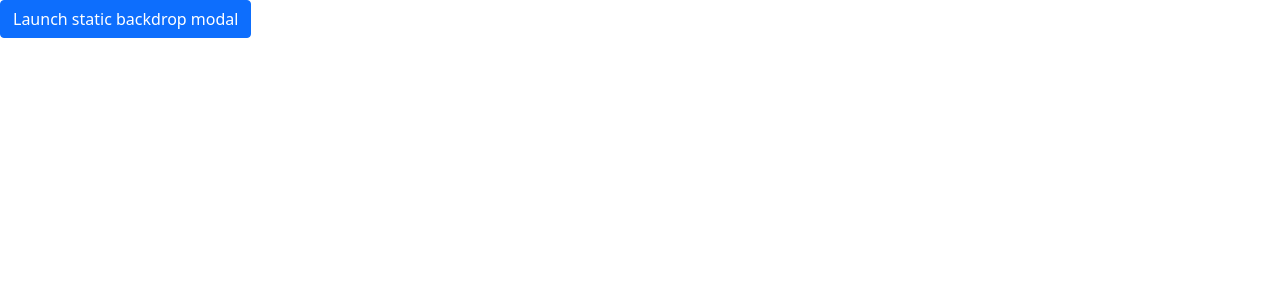
Repository: chaampavictor/moviedbapi
Page: /
An editor plug-in stored every save of this project. The page is shown before and after the next save, followed by the edit.
The browser window is 1280 px wide. The pictures show the whole page.
The page's requests for data from a server got no answer. The project was rebuilt for these pictures with package versions that can differ from the ones it lists, and the page was loaded fresh each time. No one was signed in, and anything a server would have sent is missing.

Above is the page before, as saved 2022-01-13 10:50:12.

### src/App.js
import React, { useEffect, useState } from "react";
import axios from "axios";
import "./App.css";
import Modal from "react-bootstrap/Modal";
import "bootstrap/dist/css/bootstrap.min.css";

import Container from "react-bootstrap/Container";
import Row from "react-bootstrap/Row";
import Col from "react-bootstrap/Col";
import Button from "react-bootstrap/Button";
const api_key = "872c70d736d1ef4484522f734137927d";
const BASE_URL = "https://api.themoviedb.org/3";
const getImage = (path) => `https://image.tmdb.org/t/p/w300/${path}`;

function App() {
  const [show, setShow] = useState(false);

  const handleClose = () => setShow(false);
  const handleShow = () => setShow(true);

  return (
    <>
      <Button variant="primary" onClick={handleShow}>
        Launch static backdrop modal
      </Button>

      <Modal
        show={show}
        onHide={handleClose}
        backdrop="static"
        keyboard={false}
      >
        <Modal.Header closeButton>
          <Modal.Title>Modal title</Modal.Title>
        </Modal.Header>
        <Modal.Body>
          I will not close if you click outside me. Don't even try to press
          escape key.
        </Modal.Body>
        <Modal.Footer>
          <Button variant="secondary" onClick={handleClose}>
            Close
          </Button>
          <Button variant="primary">Understood</Button>
        </Modal.Footer>
      </Modal>
    </>
  );
}

export default App;

### src/App.css
.explore-nav {
  padding-top: 30px;
}

.item {
  margin-bottom: 15px;
}

.image-item {
  border-radius: 52px;
  cursor: pointer;
}

.filterbutton {
  height: 40px;
  margin-right: 9px;
  background: red;
  border: red 1px solid;
  border-radius: 5px;
  color: white;
  font-weight: bolder;
}

.figure {
  width: 200px;
  height: 150px;
  margin: 0;
  padding: 0;
  background: #fff;
  overflow: hidden;
}
.figure:hover + span {
  bottom: -36px;
  opacity: 1;
}

/* Zoom In #1 */
.hover01 figure img {
  -webkit-transform: scale(0.9);
  transform: scale(1);
  -webkit-transition: 0.3s ease-in-out;
  transition: 0.3s ease-in-out;
}
.hover01 figure:hover img {
  -webkit-transform: scale(1);
  transform: scale(1.04);
}

.explore-body .card-body:hover {
  /* color: #30adb4; */
  background: "#32c709";
}

.card {
  border: 0px solid rgba(0, 0, 0, 0.125) !important;
}

.user-reaction div {
  padding-right: 20px;
}

.explore-card-columns .card {
  margin-bottom: 0.79rem;
}
@media screen and (min-width: 992px) {
  .explore-card-columns {
    -webkit-column-count: 4;
    -moz-column-count: 4;
    column-count: 4;
    -webkit-column-gap: 1.25rem;
    -moz-column-gap: 1.25rem;
    column-gap: 1.25rem;
  }
  .explore-card-columns .card {
    display: inline-block;
    width: 100%;
  }
}
@media screen and (max-width: 992px) {
  .explore-card-columns {
    -webkit-column-count: 2;
    -moz-column-count: 2;
    column-count: 2;
  }
}
@media screen and (max-width: 600px) {
  .explore-card-columns {
    -webkit-column-count: 1;
    -moz-column-count: 1;
    column-count: 1;
  }
}

Loaded but not shown: public/index.html (common file); src/index.js (common file); src/index.css (common file); src/reportWebVitals.js (common file)

After the next save:
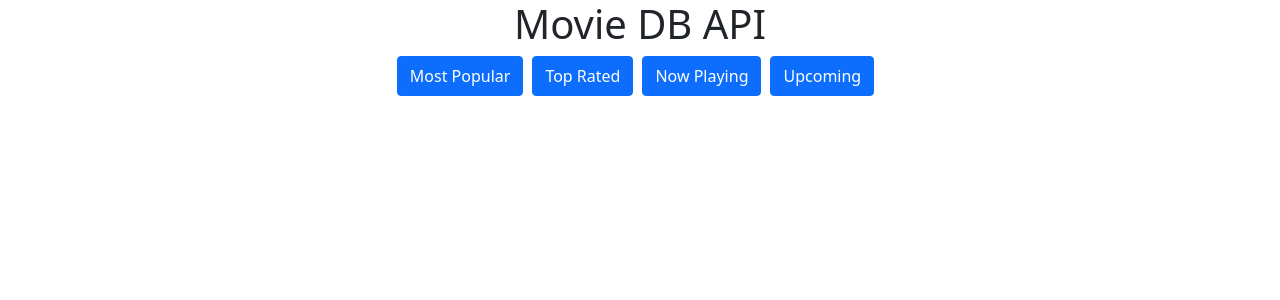
Saved 36 s later.
--- a/src/App.js
+++ b/src/App.js
@@ -1,7 +1,6 @@
 import React, { useEffect, useState } from "react";
 import axios from "axios";
 import "./App.css";
-import Modal from "react-bootstrap/Modal";
 import "bootstrap/dist/css/bootstrap.min.css";
 
 import Container from "react-bootstrap/Container";
@@ -13,38 +12,116 @@ const BASE_URL = "https://api.themoviedb.org/3";
 const getImage = (path) => `https://image.tmdb.org/t/p/w300/${path}`;
 
 function App() {
+  const [data, setData] = useState([]);
+  const [isLoading, setLoading] = useState(false);
   const [show, setShow] = useState(false);
 
-  const handleClose = () => setShow(false);
-  const handleShow = () => setShow(true);
+  // const handleClose = () => setShow(false);
+  // const handleShow = () => setShow(true);
+
+  const handleShow = () => {
+    setShow(true);
+  };
+
+  const api = axios.create({ baseURL: BASE_URL });
+
+  const getUpcoming = api.get("/movie/popular", { params: { api_key } });
+  const getgenre = api.get("/genre/movie/list", { params: { api_key } });
+
+  useEffect(() => {
+    getUpcoming.then((res) => {
+      setData(res.data.results);
+    });
+
+    getgenre.then((res) => {
+      // setData(res.data.results);
+      console.log("get genre", res);
+    });
+  }, []);
+
+  const GetMostPopular = () => {
+    const toprated = api.get("/movie/popular", { params: { api_key } });
+    toprated.then((res) => {
+      console.log("get popular", res.data.results);
+      setData(res.data.results);
+    });
+  };
+
+  const GetTopRated = (res) => {
+    const toprated = api.get("/movie/top_rated", { params: { api_key } });
+    toprated.then((res) => {
+      console.log("get top rated", res.data.results);
+      setData(res.data.results);
+    });
+  };
+
+  const GetPlaying = () => {
+    const latest = api.get("movie/now_playing", { params: { api_key } });
+    latest.then((res) => {
+      console.log("now_playing movies", res.data);
+      setData(res.data.results);
+    });
+  };
+
+  const GetUpcoming = () => {
+    const latest = api.get("movie/upcoming", { params: { api_key } });
+    latest.then((res) => {
+      console.log("latest movies", res.data);
+      setData(res.data.results);
+    });
+  };
 
   return (
-    <>
-      <Button variant="primary" onClick={handleShow}>
-        Launch static backdrop modal
-      </Button>
+    <div className="App">
+      <h1 style={{ textAlign: "center" }}>Movie DB API</h1>
+      <header>
+        <div
+          style={{
+            display: "flex",
+            justifyContent: "center",
+            alignItems: "center",
+            marginBottom: "12px",
+          }}
+        >
+          <Button className="filterbutton" onClick={GetMostPopular}>
+            Most Popular
+          </Button>
+          <Button className="filterbutton" onClick={GetTopRated}>
+            Top Rated
+          </Button>
+          <Button className="filterbutton" onClick={GetPlaying}>
+            {" "}
+            Now Playing
+          </Button>
+          <Button className="filterbutton" onClick={GetUpcoming}>
+            {" "}
+            Upcoming
+          </Button>
+        </div>
 
-      <Modal
-        show={show}
-        onHide={handleClose}
-        backdrop="static"
-        keyboard={false}
-      >
-        <Modal.Header closeButton>
-          <Modal.Title>Modal title</Modal.Title>
-        </Modal.Header>
-        <Modal.Body>
-          I will not close if you click outside me. Don't even try to press
-          escape key.
-        </Modal.Body>
-        <Modal.Footer>
-          <Button variant="secondary" onClick={handleClose}>
-            Close
-          </Button>
-          <Button variant="primary">Understood</Button>
-        </Modal.Footer>
-      </Modal>
-    </>
+        <div
+          className="explore-card-columns  container-fluid"
+          style={{ marginBottom: "100px" }}
+        >
+          {data.map((movie) => (
+            <div className="item">
+              <div class="hover01 column">
+                <div>
+                  <figure>
+                    <img
+                      onClick={handleShow}
+                      src={getImage(movie.poster_path)}
+                      alt="poster"
+                      className="image-item"
+                    />
+                  </figure>
+                </div>
+              </div>
+            </div>
+          ))}
+        </div>
+      </header>
+    </div>
   );
 }
 
